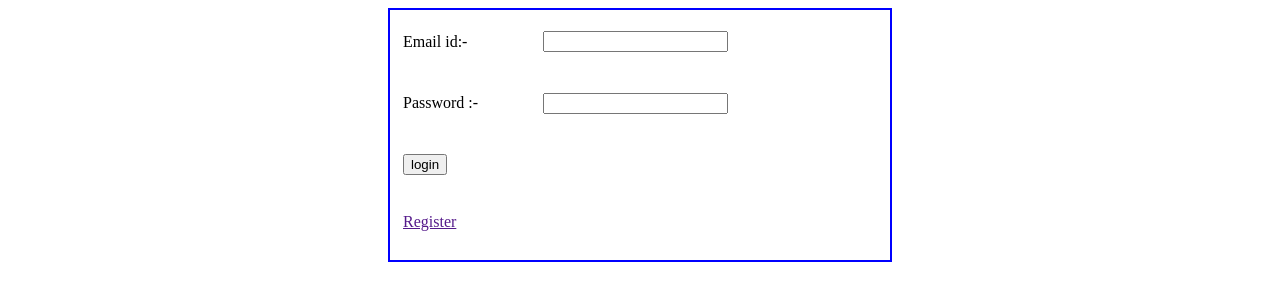
Repository: ShivrajMPujari/ServletApplication
Page: LoginReg/WebContent/index.html
The author's editor kept a copy of each file at every save. The page is drawn from the files as they stood at one save, then again after the next save.
The browser window is 1280 px wide. The pictures show the whole page.

Above is the page before, as saved 2018-07-09 05:35:38.

### LoginReg/WebContent/index.html
<!DOCTYPE html>
<html>
<head>
<meta charset="UTF-8">
<title>Insert title here</title>
<link rel="stylesheet" href="index.css"/>
</head>
<body>

<div class="tableDiv">
<form action="">
<table class="loginTabel">
<tr>

	<td> Email id:- </td> <td> <input type="email" /></td>

</tr>
<tr>
	<td>Password :- </td> <td> <input type="password" /> </td>

</tr>
<tr>
<td colspan="2"> <input type="submit" value="login" /></td>
</tr>

<tr>
<td colspan="2"> <a href="">Register</a></td>
</tr>
</table>
</form>
</div>
</body>
</html>

### LoginReg/WebContent/index.css
@CHARSET "UTF-8";

.tableDiv{
	height:250px;
	width:500px;
	margin:auto;
	border:2px solid blue;
}
.loginTabel{

	height:240px;
	width:480px;
	margin:auto;

}

After the next save:
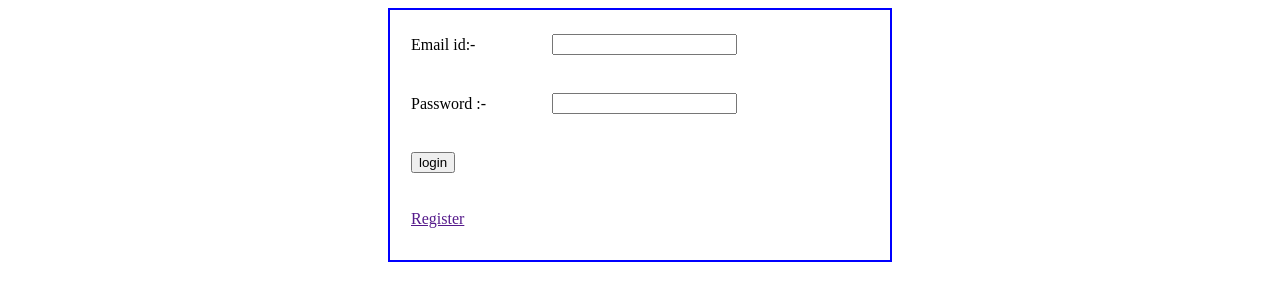
Saved 3 min 36 s later.
--- a/LoginReg/WebContent/index.html
+++ b/LoginReg/WebContent/index.html
@@ -9,7 +9,7 @@
 
 <div class="tableDiv">
 <form action="">
-<table class="loginTabel">
+<table class="loginTabel" cellspacing="10">
 <tr>
 
 	<td> Email id:- </td> <td> <input type="email" /></td>
